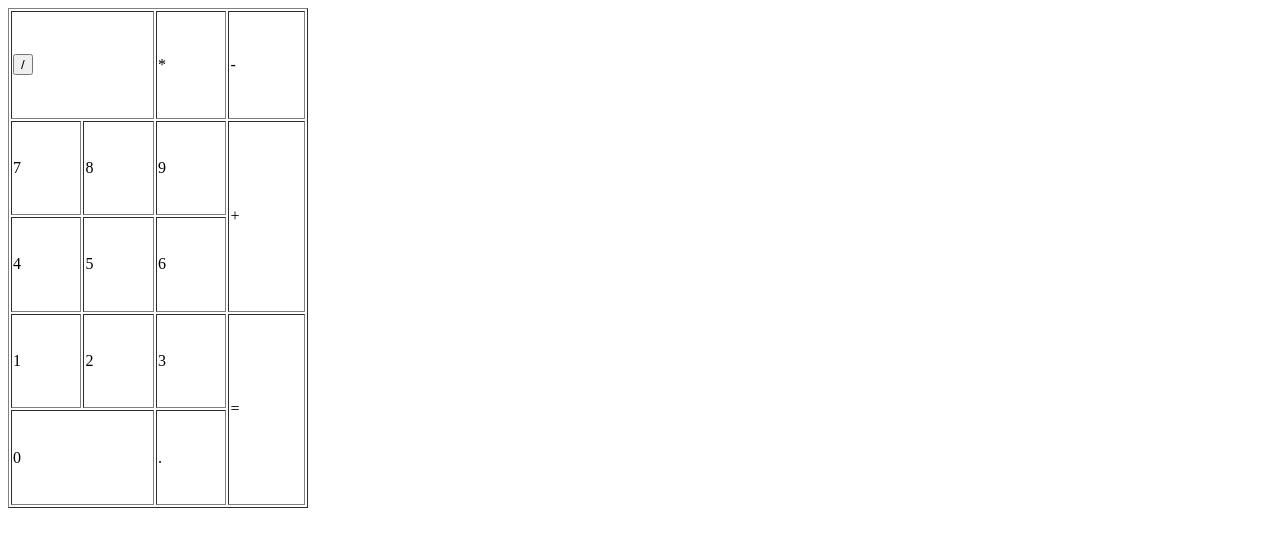
Repository: BaekJiGyeong/JSP
Page: http://localhost/AB_WebCalc/
These files come from the project's save history. The page is drawn as it stood at one moment and after the next save; the edit follows.
The browser window is 1280 px wide. The pictures show the whole page.
The page is served by Tomcat 9.

Above is the page before, as saved 2016-02-02 02:12:15.

After the next save:
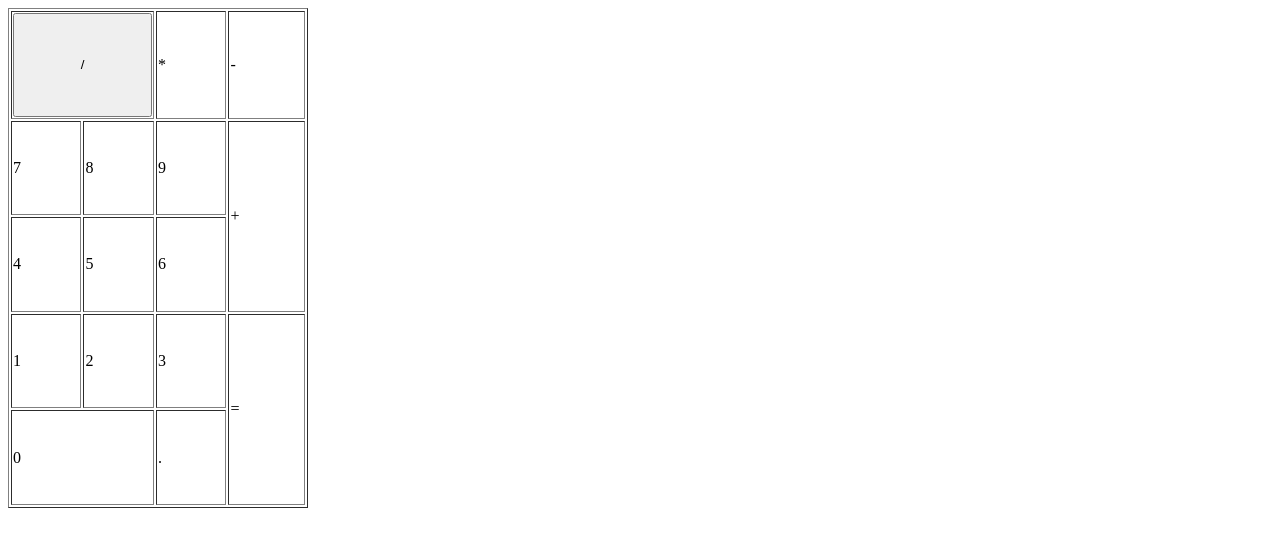
Saved 49 s later.
--- a/AB_WebCalc/WebContent/index.jsp
+++ b/AB_WebCalc/WebContent/index.jsp
@@ -9,7 +9,7 @@
 <body>
 	<table border ="1" width="300" height="500">
 		<tr>
-			<td colspan="2"><input type="button" id="division" value="/"></td>
+			<td colspan="2"><input type="button" id="division" value="/" style="width:100%; height:100%;"></td>
 			<td>*</td>
 			<td>-</td>
 		</tr>
